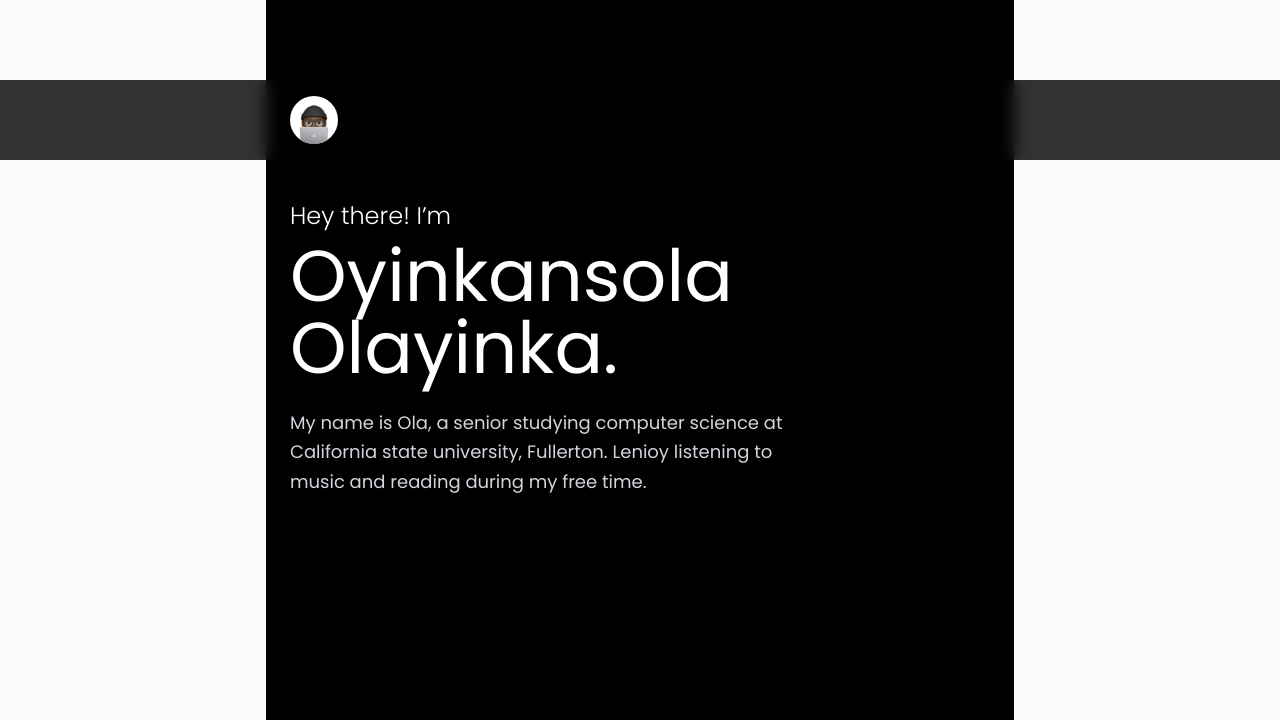
Repository: olasores/olasores-portfolio
Page: /
These files come from the project's save history. The page is drawn as it stood at one moment and after the next save; the edit follows.
The browser window is 1280 px wide. The pictures show the whole page.
The project was rebuilt for these pictures with package versions that can differ from the ones it lists, and the page was loaded fresh each time. The framework's server and built-in components were replaced by stand-ins that run in the browser. Also part of the build but not shown: next.config.ts.

Above is the page before, as saved 2025-11-11 12:45:49.

After the next save:
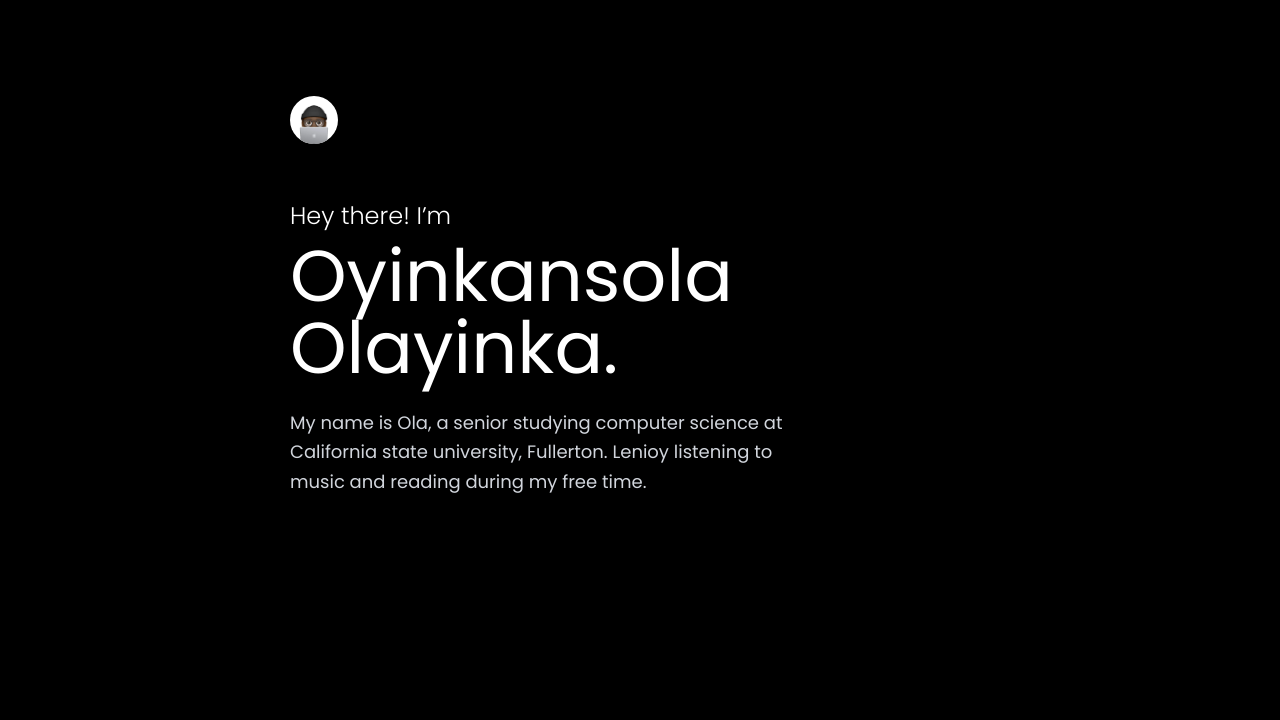
Saved 17 s later.
--- a/app/page.tsx
+++ b/app/page.tsx
@@ -1,11 +1,9 @@
-import Image from "next/image";
 import HomeSection from "./components/HomeSection";
 import Portfolio from "./components/Portfolio";
 
 export default function Home() {
   return (
-
-    <div className="flex min-h-screen items-center justify-center bg-zinc-50 font-sans dark:bg-black">
+    <div className="flex flex-col bg-black">
       <HomeSection />
       <Portfolio />
     </div>
